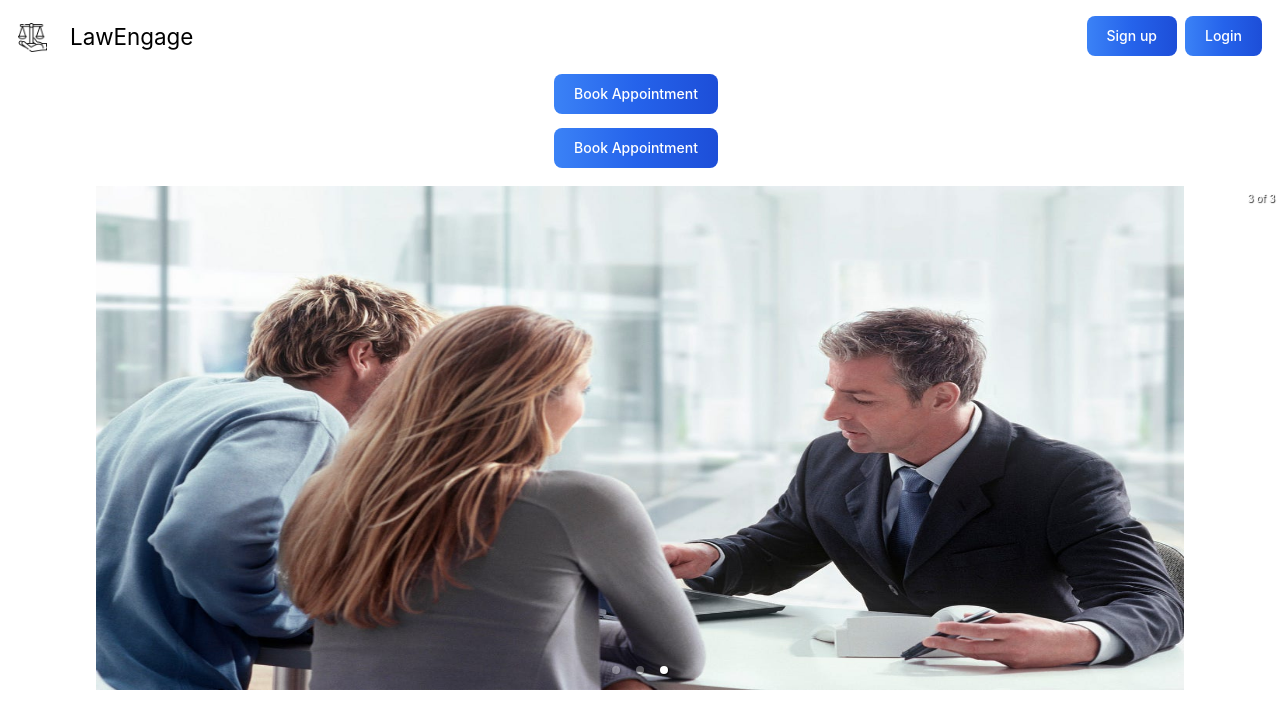
Repository: khushijain8/Lawyer-appointment-application
Page: / (app in frontend/)
The author's editor kept a copy of each file at every save. The page is drawn from the files as they stood at one save, then again after the next save.
The browser window is 1280 px wide. The pictures show the whole page.
The project was rebuilt for these pictures with package versions that can differ from the ones it lists, and the page was loaded fresh each time. Also part of the build but not shown: frontend/src/App.css, frontend/src/components/Signup/Signup.css, frontend/src/components/Signup/Signup.jsx, frontend/src/components/Login/Login.css, frontend/src/components/Login/Login.jsx, frontend/src/components/Book/Book.jsx, frontend/src/components/LawyerHistoryContainer/LawyerHistoryContainer.css, frontend/src/components/LawyerHistoryContainer/LawyerHistoryContainer.jsx and 4 more.

Above is the page before, as saved 2025-01-26 18:27:47.

### frontend/src/index.js
import React from 'react';
import ReactDOM from 'react-dom/client';
import './index.css';
import App from './App';
import reportWebVitals from './reportWebVitals';
import {BrowserRouter} from 'react-router-dom';
import {Provider} from 'react-redux';
import {store} from './redux/store';
const root = ReactDOM.createRoot(document.getElementById('root'));
root.render(
  <React.StrictMode>
    <Provider store={store}>
     <BrowserRouter>
      <App />
    </BrowserRouter>
    </Provider>
  </React.StrictMode>
);

// If you want to start measuring performance in your app, pass a function
// to log results (for example: reportWebVitals(console.log))
// or send to an analytics endpoint. Learn more: https://bit.ly/CRA-vitals
reportWebVitals();

### frontend/src/App.js
import './App.css';

import {Route,Routes} from 'react-router-dom';
import Signup from './components/Signup/Signup';
import {Login} from './components/Login/Login';
import Navbar from './components/Navbar/Navbar';
import Book from './components/Book/Book';
import Admin from './components/Admin/Admin';
import FrontPage from './components/FrontPage/FrontPage';
import Firm from './components/Firms/Firm';
import LawyerHistoryContainer from './components/LawyerHistoryContainer/LawyerHistoryContainer';

function App() {
  return (
    <>
      <Navbar></Navbar>
      <Routes>
        <Route path='/signup' element={<Signup/>}/>
        <Route path='/login' element={<Login/>}/>
        <Route path='/book' element={<Book/>}/>
        <Route path='/' element={<FrontPage/>}/>
        <Route path='/admin' element={<Admin/>}/>
        <Route path='/firm' element={<Firm/>}/>
        <Route path='/admin/firm' element={<LawyerHistoryContainer/>}/>
      </Routes>

    </>
  );
}

export default App;

### frontend/src/redux/store.js
import {configureStore} from '@reduxjs/toolkit'
import LawyerReducer from './Lawyer/lawyerSlice'

export const store=configureStore({
    reducer:{
        lawyer:LawyerReducer
    },
})

### frontend/src/components/Navbar/Navbar.jsx
import React from 'react'
import lawlogo from '../../assets/law.png';
import './Navbar.css';
import {useNavigate} from 'react-router-dom';
function Navbar() {
    const navigate=useNavigate()
  return (
    <>
        <div className='navbar flex-col sm:flex-row '>
            <div className="left-nav">
                <img className = "logo px-2 py-2" src={lawlogo} alt="logo"></img>
                <span className="heading">LawEngage</span>
            </div>
            <div className='right-nav flex justify-center items-center md:order-2'>
                <button class="text-white bg-gradient-to-r from-blue-500 via-blue-600 to-blue-700 hover:bg-gradient-to-br focus:ring-4 focus:outline-none focus:ring-blue-300 dark:focus:ring-blue-800 font-medium rounded-lg text-sm px-5 py-2.5 text-center me-2 mb-2"onClick={()=>navigate('/signup')}>Sign up</button>
                <button class="text-white bg-gradient-to-r from-blue-500 via-blue-600 to-blue-700 hover:bg-gradient-to-br focus:ring-4 focus:outline-none focus:ring-blue-300 dark:focus:ring-blue-800 font-medium rounded-lg text-sm px-5 py-2.5 text-center me-2 mb-2" onClick={()=>navigate('/login')}>Login</button>
            </div>
        </div>
        <div className='mid-nav flex justify-center items-center  '>
        <button class="text-white bg-gradient-to-r from-blue-500 via-blue-600 to-blue-700 hover:bg-gradient-to-br focus:ring-4 focus:outline-none focus:ring-blue-300 dark:focus:ring-blue-800 font-medium rounded-lg text-sm px-5 py-2.5 text-center me-2 mb-2"onClick={()=>navigate('/book')}>Book Appointment</button>
    </div>
    </>
  )
}

export default Navbar

### frontend/src/components/FrontPage/FrontPage.jsx
import React from 'react';
import './FrontPage.css';
import { Box} from '@mui/material';
import { Carousel } from 'react-responsive-carousel';
import "react-responsive-carousel/lib/styles/carousel.min.css";
import slide1 from '../../assets/expertise-2.jpg'
import slide2 from '../../assets/legal-consultancy-services.jpg';
import slide3 from '../../assets/law2.jpg';
import { useNavigate } from 'react-router-dom';
function FrontPage() {
    const navigate=useNavigate();
    return (
      <>
      <div className='mid-nav flex justify-center items-center  '>
        <button class="text-white bg-gradient-to-r from-blue-500 via-blue-600 to-blue-700 hover:bg-gradient-to-br focus:ring-4 focus:outline-none focus:ring-blue-300 dark:focus:ring-blue-800 font-medium rounded-lg text-sm px-5 py-2.5 text-center me-2 mb-2"onClick={()=>navigate('/book')}>Book Appointment</button>
    </div>
      <Box sx={{ display:'flex',justifyContent:'center',alignItems:'center', marginTop:'10px'}}>
        <Carousel autoPlay infiniteLoop interval={2000} showArrows={true}
          showThumbs={false} dynamicHeight={false} transitionTime={500} >
          <div>
            <img src={slide1} alt="Slide 1" style={{ width: '85%', height: '70vh' }} />
          </div>
          <div>
            <img src={slide2} alt="Slide 2" style={{ width: '85%', height: '70vh'}} />
          </div>
          <div>
            <img src={slide3} alt="Slide 3" style={{ width: '85%', height: '70vh', }} />
          </div>
        </Carousel>
      </Box>
      </>
    );
  }

  export default FrontPage;

### frontend/src/redux/Lawyer/lawyerSlice.js
import { createAsyncThunk,createSlice} from "@reduxjs/toolkit"
import axios from 'axios';
const initialState={
    loading:false,
    lawyers:[],
    error:'',
    selectedSlot: {
        lawyerId: null,
        slotIndex: null,
    },
    firm:null,
}

export const fetchLawyers=createAsyncThunk('Lawyer/fetchLawyers',async (_, { getState })=>{
    const { firm } = getState().lawyer;
    return axios
    .get(`http://localhost:8080/lawyers/${firm}`)
        .then((response) => {
            console.log("API Response:", response.data);
            return response.data;
        })
        .catch((error) => {
            console.log("API Error:", error);
            throw error;
        });
})

export const bookSlot = createAsyncThunk("Lawyer/bookSlot", async (_, { getState, rejectWithValue }) => {
    const { firm } = getState().lawyer;
    const {selectedSlot}=getState().lawyer;
    const {lawyerId,slotIndex}=selectedSlot;
    if (!lawyerId || slotIndex === null) {
        return rejectWithValue("Invalid slot or lawyerId");
    }
    try {
      const response = await axios.post(`http://localhost:8080/bookSlot/${firm}`, {
        lawyerId,
        slotIndex,
      });

      console.log("Slot booked successfully:", response.data);
      return { lawyerId, slotIndex };
    } catch (error) {
        console.log(lawyerId,slotIndex);
        console.error("Failed to book slot:", error);
        return rejectWithValue(error.response?.data || "Booking failed");
      }
    }
  );



const lawyerSlice=createSlice({
    name:'lawyer',
    initialState,
    reducers: {
        selectSlot:(state,action)=>{
          state.selectedSlot = action.payload;
        },
        setFirm: (state, action) => {
            state.firm = action.payload;
        }
      },

    extraReducers:builder=>{
        builder.addCase(fetchLawyers.pending,state=>{
            state.loading=true
            console.log("Fetch lawyers faileda");
        })
        builder.addCase(fetchLawyers.fulfilled,(state,action)=>{
            state.loading=false
            state.lawyers=action.payload
            state.error=''
            console.log("Fetch lawyers failedb");
        })
        builder.addCase(fetchLawyers.rejected,(state,action)=>{
            state.loading=false
            state.error=action.error.message
            state.lawyers=[]
            console.log("Fetch lawyers failedc");
        })
        builder.addCase(bookSlot.pending,state=>{
            state.loading=true
            console.log("Fetch lawyers faileda");
        })
        builder.addCase(bookSlot.fulfilled,(state,action)=>{
            state.loading=false
            const {lawyerId,slotIndex}=action.payload;
            const lawyer=state.lawyers.find((l) => l._id === lawyerId);
            if (lawyer) {
              lawyer.availability[slotIndex].isAvailable=false;
            }
        })
        builder.addCase(bookSlot.rejected,(state,action)=>{
            state.loading=false
            state.error=action.error.message
            state.lawyers=[]
            console.log("Fetch lawyers failedc");
        })
    },

})
export const { selectSlot ,setFirm} = lawyerSlice.actions;
export default lawyerSlice.reducer;

### frontend/src/components/Navbar/Navbar.css
.logo{
    width:45px;
    height:45px;
}
.navbar{
    margin:10px;
    display:flex;
    justify-content : space-between;
}
.left-nav{
    display: flex;
    justify-content: start;
    gap:15px;
    align-items:center; /* for heading (lawengage to be at the center of the logo)*/
}

.right-nav{
    margin-top:6px;
}
.heading{
    font-size: 1.4rem;
    font-weight: normal;
}

### frontend/src/components/FrontPage/FrontPage.css
.mid-nav{
    margin-top:6px;
}

Loaded but not shown: frontend/public/index.html (common file); frontend/src/index.css (common file); frontend/src/reportWebVitals.js (common file); frontend/tailwind.config.js (common file)

After the next save:
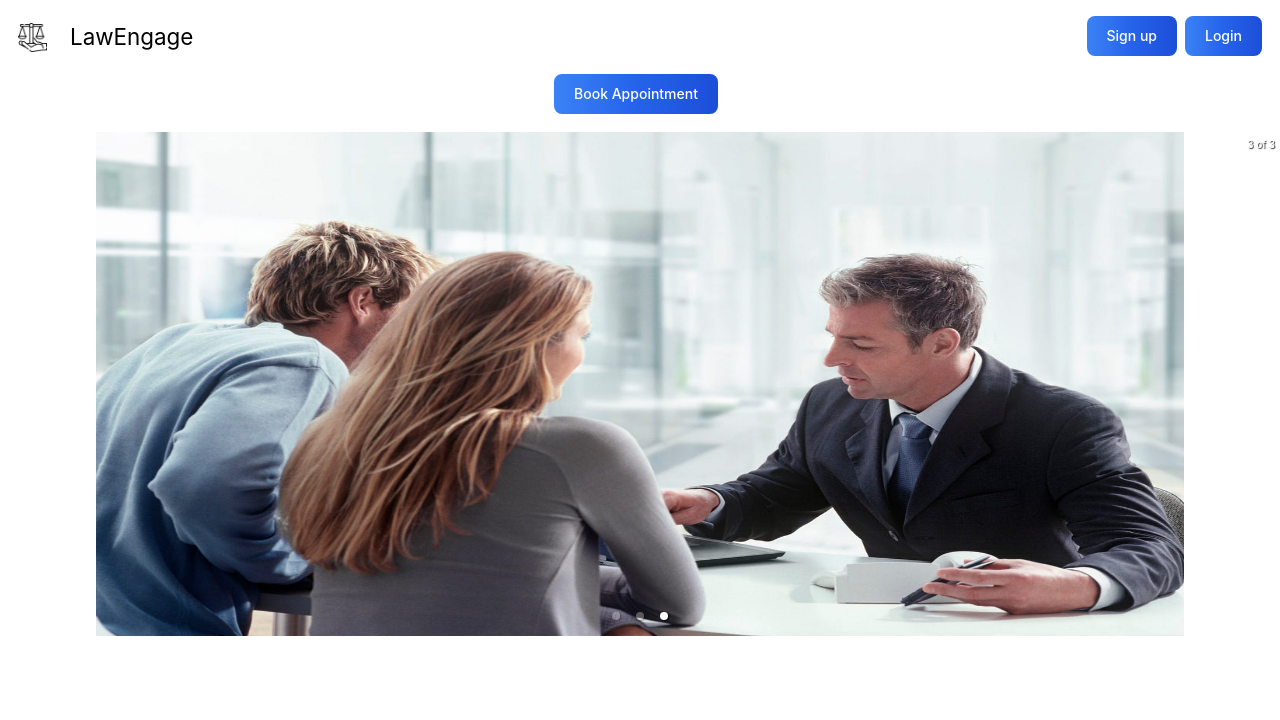
Saved 7 s later.
--- a/frontend/src/components/Navbar/Navbar.jsx
+++ b/frontend/src/components/Navbar/Navbar.jsx
@@ -16,9 +16,7 @@ function Navbar() {
                 <button class="text-white bg-gradient-to-r from-blue-500 via-blue-600 to-blue-700 hover:bg-gradient-to-br focus:ring-4 focus:outline-none focus:ring-blue-300 dark:focus:ring-blue-800 font-medium rounded-lg text-sm px-5 py-2.5 text-center me-2 mb-2" onClick={()=>navigate('/login')}>Login</button>
             </div>
         </div>
-        <div className='mid-nav flex justify-center items-center  '>
-        <button class="text-white bg-gradient-to-r from-blue-500 via-blue-600 to-blue-700 hover:bg-gradient-to-br focus:ring-4 focus:outline-none focus:ring-blue-300 dark:focus:ring-blue-800 font-medium rounded-lg text-sm px-5 py-2.5 text-center me-2 mb-2"onClick={()=>navigate('/book')}>Book Appointment</button>
-    </div>
+
     </>
   )
 }
